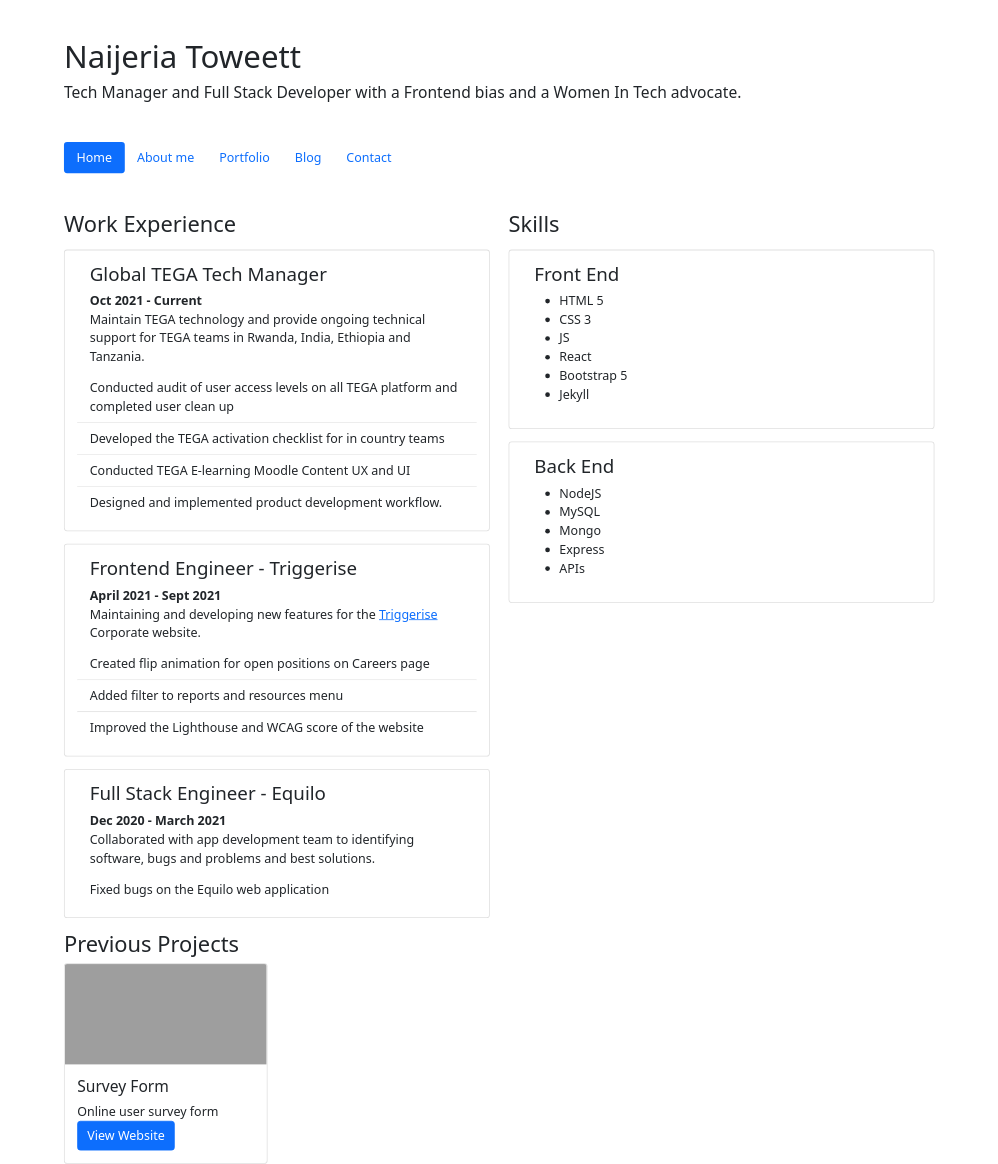
Repository: mamatechafrica/portfolio
Page: index.html
An editor plug-in stored every save of this project. The page is shown before and after the next save, followed by the edit.
The browser window is 1280 px wide. The pictures show the whole page, at 78% of full size.
Pictures or frames that could not be fetched are drawn as grey boxes.

Above is the page before, as saved 2022-01-04 19:17:58.

After the next save:
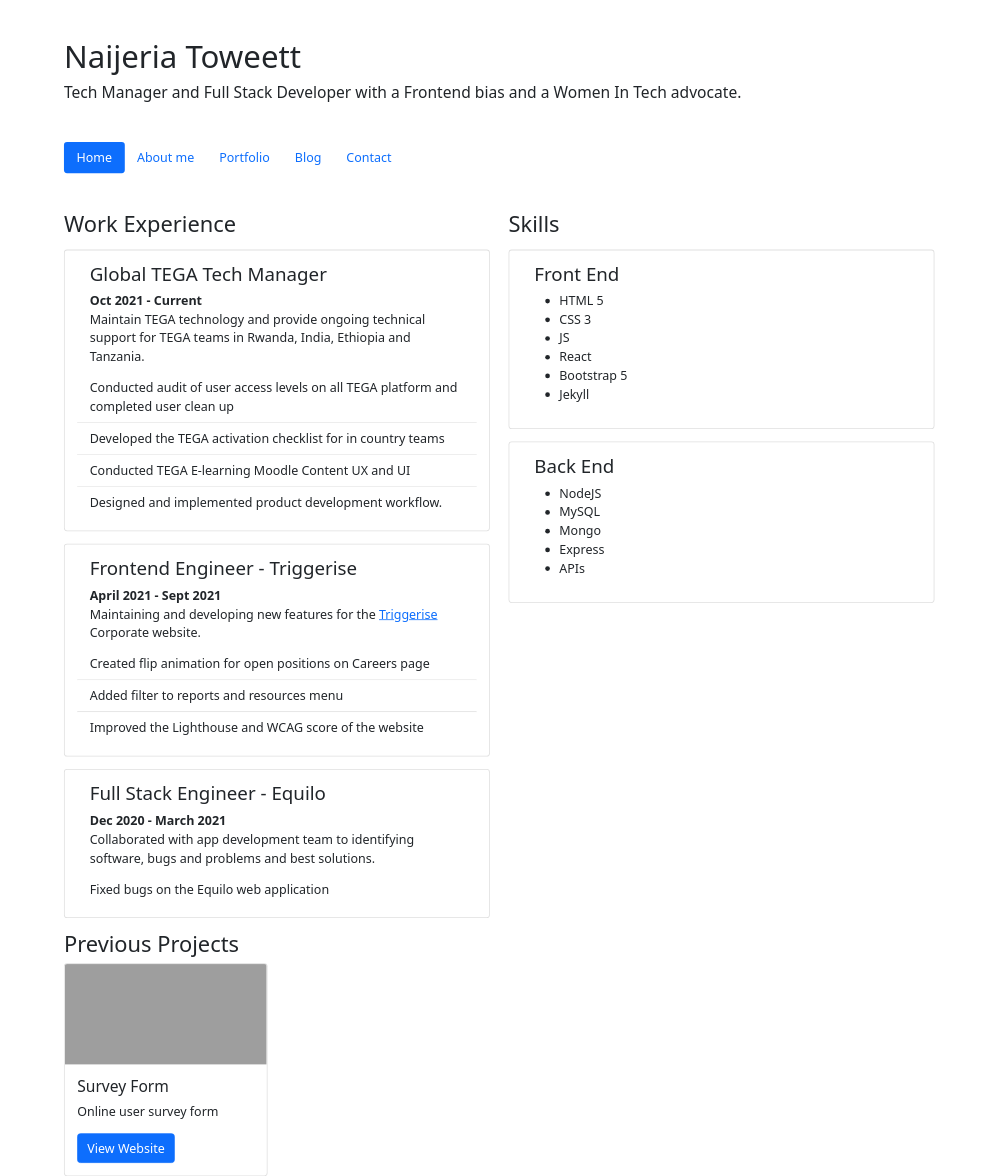
Saved 25 s later.
--- a/index.html
+++ b/index.html
@@ -136,7 +136,7 @@
                         <img src="https://picsum.photos/400/200" alt="Survey Form" class="card-img-top">
                         <div class="card-body">
                             <h5 class="card-title">Survey Form</h5>
-                            <div class="card-text">Online user survey form</div>
+                            <p class="card-text">Online user survey form</p>
                             <div class="btn btn-primary">View Website</div>
 
 
